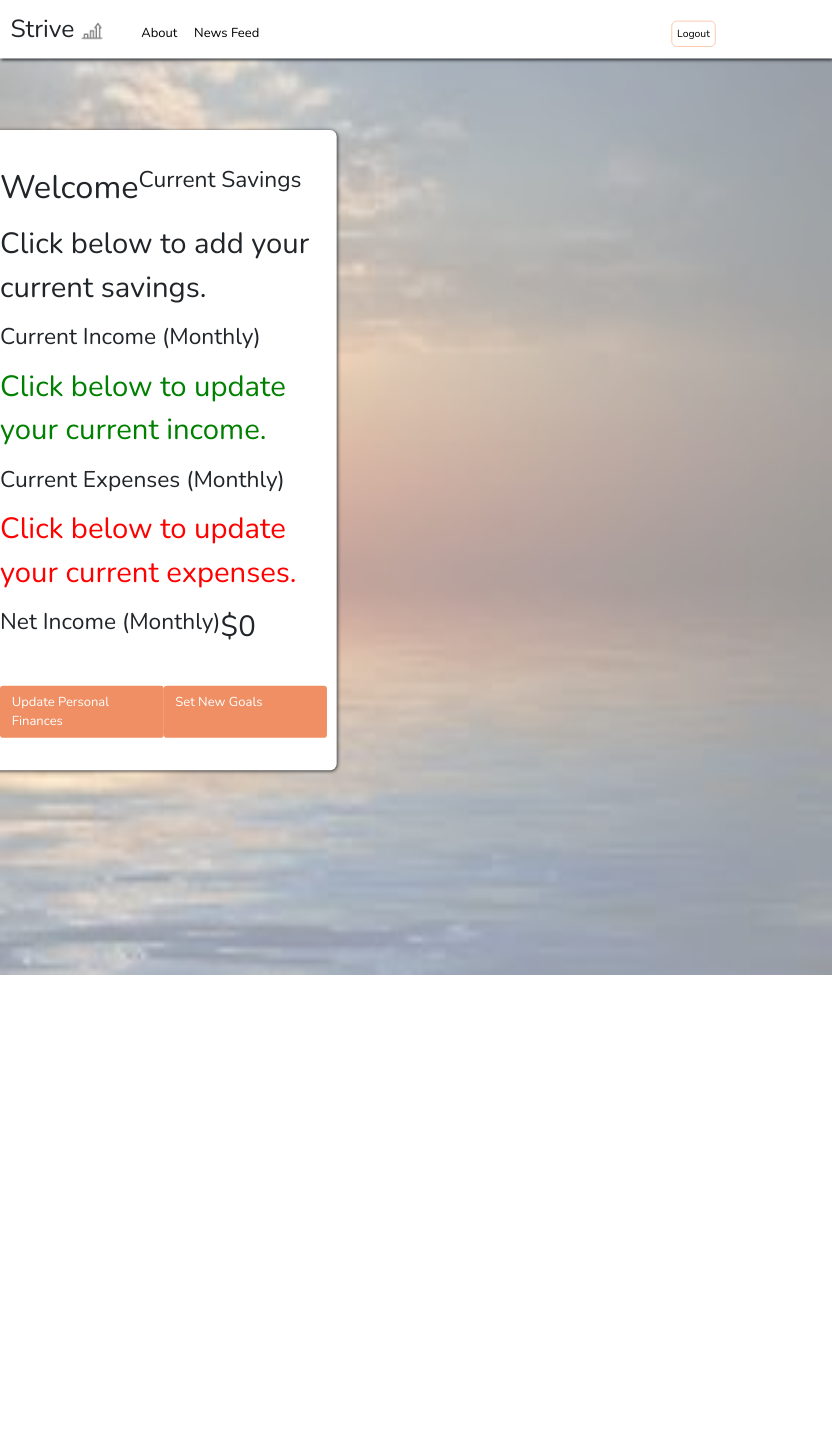
Repository: NoraOK/Strive
Page: http://localhost/strive/WEB-INF/strive/userHome.jsp
The author's editor kept a copy of each file at every save. The page is drawn from the files as they stood at one save, then again after the next save.
The browser window is 1280 px wide. The pictures show the whole page, at 65% of full size.
The page is served by Tomcat 9. Nobody is signed in. Other server files are loaded and not shown. The template is opened directly, without the code that normally fills it, so the values that code supplies are empty.

Above is the page before, as saved 2019-12-20 16:43:13.

### strive/src/main/webapp/WEB-INF/strive/userHome.jsp
<%@ page language="java" contentType="text/html; charset=UTF-8"
    pageEncoding="UTF-8"%>
<%@ taglib prefix="c" uri="http://java.sun.com/jsp/jstl/core"%>

<!DOCTYPE html>
<html>
<head>
<meta charset="UTF-8">
<title>Strive | Home</title>
	<link rel="stylesheet"
	href="https://stackpath.bootstrapcdn.com/bootstrap/4.3.1/css/bootstrap.min.css"
	integrity="sha384-ggOyR0iXCbMQv3Xipma34MD+dH/1fQ784/j6cY/iJTQUOhcWr7x9JvoRxT2MZw1T"
	crossorigin="anonymous">
	<link href="/css/userHome.css" rel="stylesheet" type="text/css" />
	<link href="https://fonts.googleapis.com/css?family=Nunito:200,400,700&display=swap" rel="stylesheet">
</head>
<body>
	<div>
		<jsp:include page="header.jsp"/>
	</div>
	<div class="body">
		<img src="/images/sunset.jpg">
		<div class="container col-5 spotlight row">
			<p class="welcome"> Welcome <c:out value="${user.firstName}"/></p>
			<c:choose>
				<c:when test="${user.currentBalance == null || user.currentIncome == null }">
					<p class="labels">Current Savings</p>
					<p class="fig">Click below to add your current savings.</p>
					<p class="labels">Current Income (Monthly)</p>
					<p class="fig inc">Click below to update your current income.</p>
					<p class="labels">Current Expenses (Monthly)</p>
					<p class="fig exp">Click below to update your current expenses.</p>
					<p class="labels">Net Income (Monthly)</p>
					<p class="fig netinc pos">$0</p>
				</c:when>
				<c:otherwise>
					<p class="labels">Current Savings</p>
					<p class="fig">$ <c:out value="${user.currentBalance}"/> </p>
					<p class="labels">Current Income (Monthly)</p>
					<p class="fig inc">$ <c:out value="${user.currentIncome}"/> </p>
					<p class="labels">Current Expenses (Monthly)</p>
					<p class="fig exp">$ <c:out value="${user.totalUserExpense}"/></p>
					<p class="labels">Net Income (Monthly)</p>
					<c:choose>
						<c:when test="${user.incomeLessExpense > 0}">
							<p class="fig netinc pos">$<c:out value="${user.incomeLessExpense}"/></p>
						</c:when>
						<c:otherwise>
							<p class="fig netinc neg">$<c:out value="${user.incomeLessExpense}"/></p>
						</c:otherwise>
					</c:choose>
				</c:otherwise>
			</c:choose>
			<a href="/updateFinances" class="button1 one col btn-lg">Update Personal Finances</a>
			<a href="/newGoal" class="button1 two col btn-lg">Set New Goals</a>
		</div>

	</div>
</body>
</html>

### strive/src/main/resources/static/css/userHome.css
.body {
	padding-top: 200px;
    position: relative;
    overflow: hidden;
    height: 2200px;
    font-family:'Nunito', sans-serif;

}

.body img {
	background-color: rgba(232,114,17,1.0);
    position: absolute;
    left: 0;
    top: 0;
    width: 100%;
    height: 1500px;
    opacity: 0.4;
}

.spotlight{
	background-color: white;
	border-radius: 10px;
	box-shadow: 1px 1px 6px;
	padding: 50px;
	padding-left: 50px;
}


.button1{
	border:2px solid #EF8F63 ;
	border-radius: 8px;
	background-color: #EF8F63;
 	padding: 12px 25px;
 	color: white;
 	width: 100%
}

.button1:hover{
	border:2px solid #F9AD86 ;
	border-radius: 8px;
	background-color: #F9AD86;
 	padding: 12px 25px;
 	color: white;
 	width: 100%

}
.one{
	margin-top: 40px;
}
.two{
	margin-top: 40px;
}

.welcome{
	font-weight: 200;
	font-size: 50px;
}

.labels{
	font-weight: 200;
	font-size: 35px;
}

.inc{
	color: green;
}
.exp{
	color: red;
}

.fig{
	font-size: 45px;
}

### strive/src/main/resources/static/css/header.css
header{
	box-shadow: 2px 2px 5px;
	height: 90px;
	z-index: 10;
    position: fixed;
    width: 100%;
    font-family:'Nunito', sans-serif;
    background-color: white;
}

.logo{
	font-size: 38px;

}
.header_img{
	background-color: white;
	width: 35px;
	opacity: .5;
}

.button{
	font-size: 17px;
	color: black;
}

.link {
	font-size: 20px;
	color: black;
}

a:link {
  text-decoration: none;
}

a:visited {
  text-decoration: none;
}

a:hover {
  text-decoration: none;
}

.logout_button{
	border: solid 1.5px #F9AD86;
	border-radius: 8px;
	padding:  8px;
	color: black;
}

.logout_button:hover {
	background-color: #F9AD86;
	color: white;
}

.buttons{
	margin-left: 50%;
}

.home_button{
	color: black;
}

Loaded but not shown: strive/src/main/webapp/WEB-INF/strive/header.jsp (common file)

After the next save:
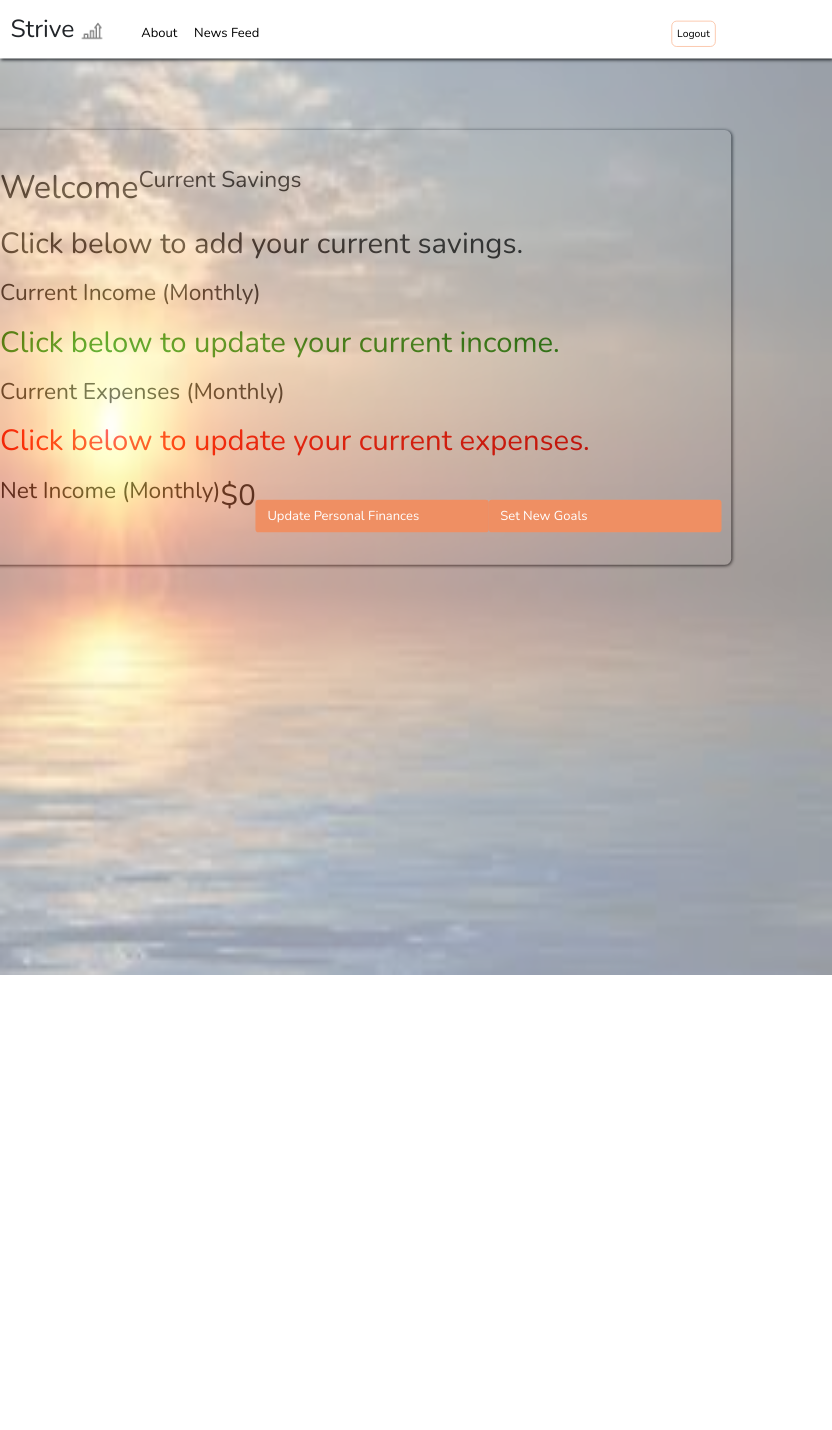
Saved 72 s later.
--- a/strive/src/main/webapp/WEB-INF/strive/userHome.jsp
+++ b/strive/src/main/webapp/WEB-INF/strive/userHome.jsp
@@ -20,7 +20,7 @@
 	</div>
 	<div class="body">
 		<img src="/images/sunset.jpg">
-		<div class="container col-5 spotlight row">
+		<div class="container spotlight row">
 			<p class="welcome"> Welcome <c:out value="${user.firstName}"/></p>
 			<c:choose>
 				<c:when test="${user.currentBalance == null || user.currentIncome == null }">

After the save that followed:
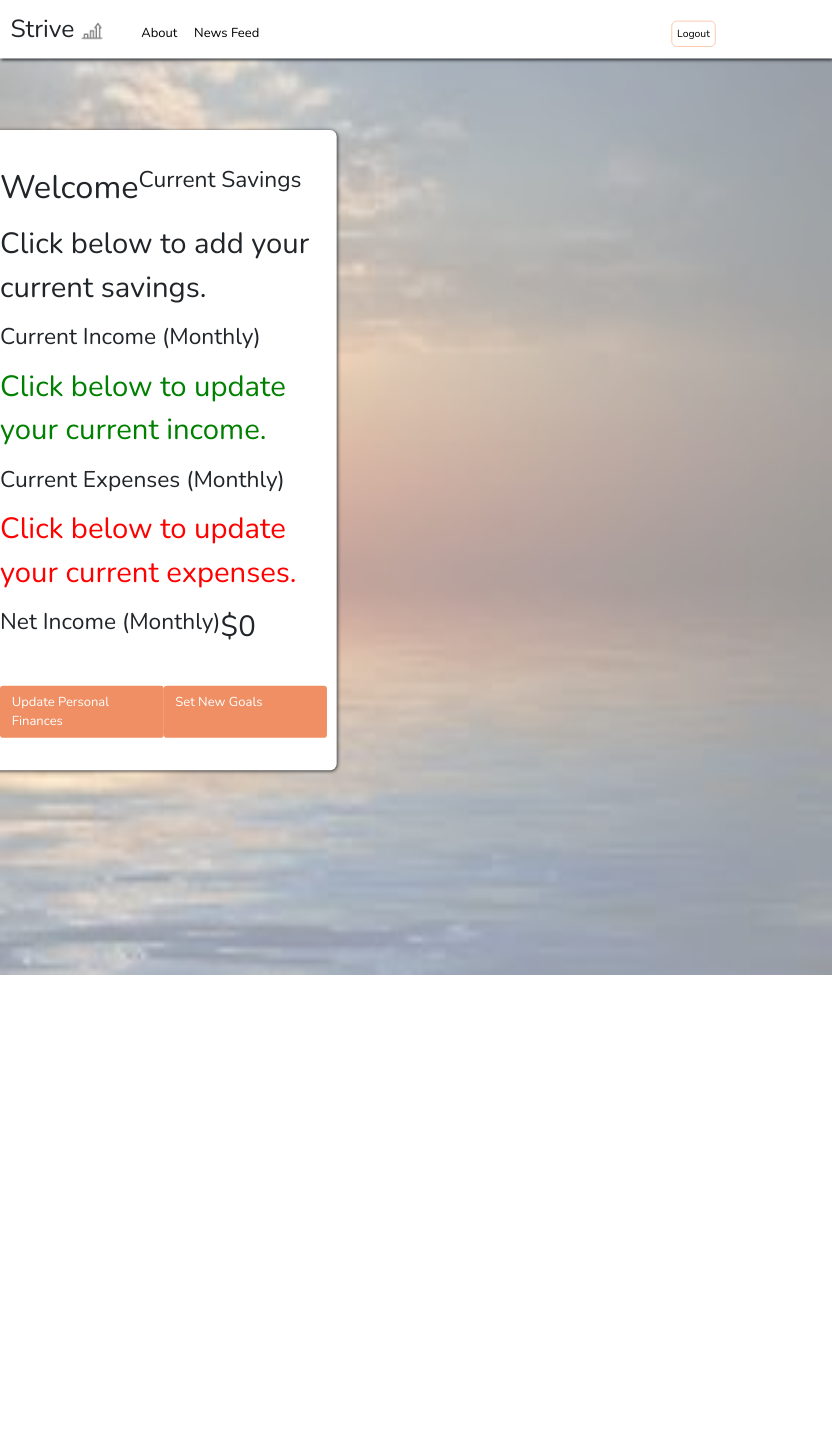
Saved 24 s later.
--- a/strive/src/main/webapp/WEB-INF/strive/userHome.jsp
+++ b/strive/src/main/webapp/WEB-INF/strive/userHome.jsp
@@ -20,7 +20,7 @@
 	</div>
 	<div class="body">
 		<img src="/images/sunset.jpg">
-		<div class="container spotlight row">
+		<div class="container col-5 spotlight row">
 			<p class="welcome"> Welcome <c:out value="${user.firstName}"/></p>
 			<c:choose>
 				<c:when test="${user.currentBalance == null || user.currentIncome == null }">
